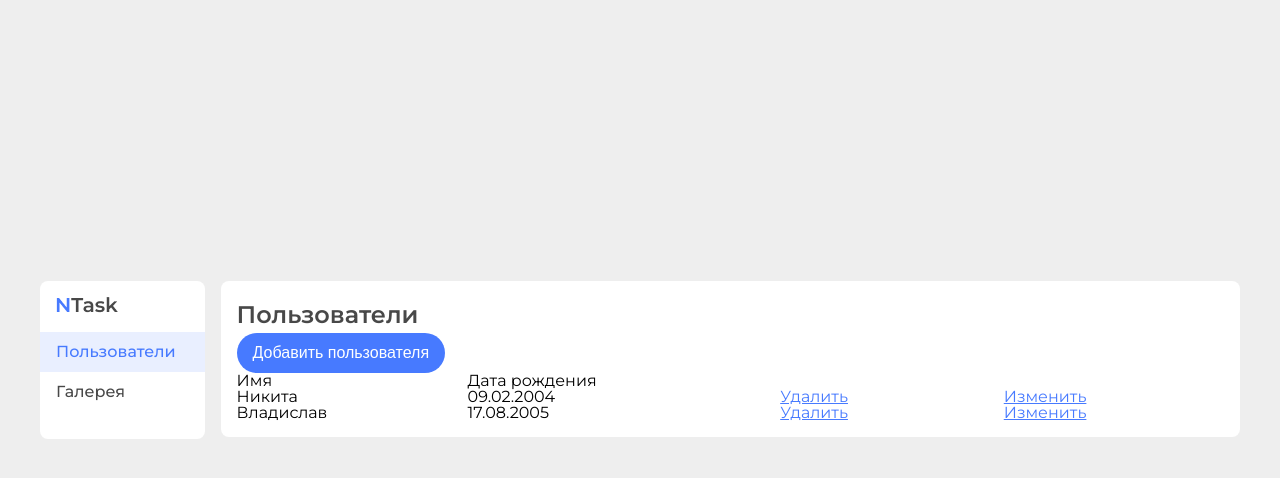
Repository: Grid-Master/NTask
Page: /gallery
These files come from the project's save history. The page is drawn as it stood at one moment and after the next save; the edit follows.
The browser window is 1280 px wide. The pictures show the whole page.
The project was rebuilt for these pictures with package versions that can differ from the ones it lists, and the page was loaded fresh each time. Also part of the build but not shown: src/components/gallery/gallery.sass, src/components/gallery/Gallery.tsx, src/components/updateUser/updateUser.sass, src/components/updateUser/UpdateUser.tsx.

Above is the page before, as saved 2023-06-09 21:10:08.

After the next save:
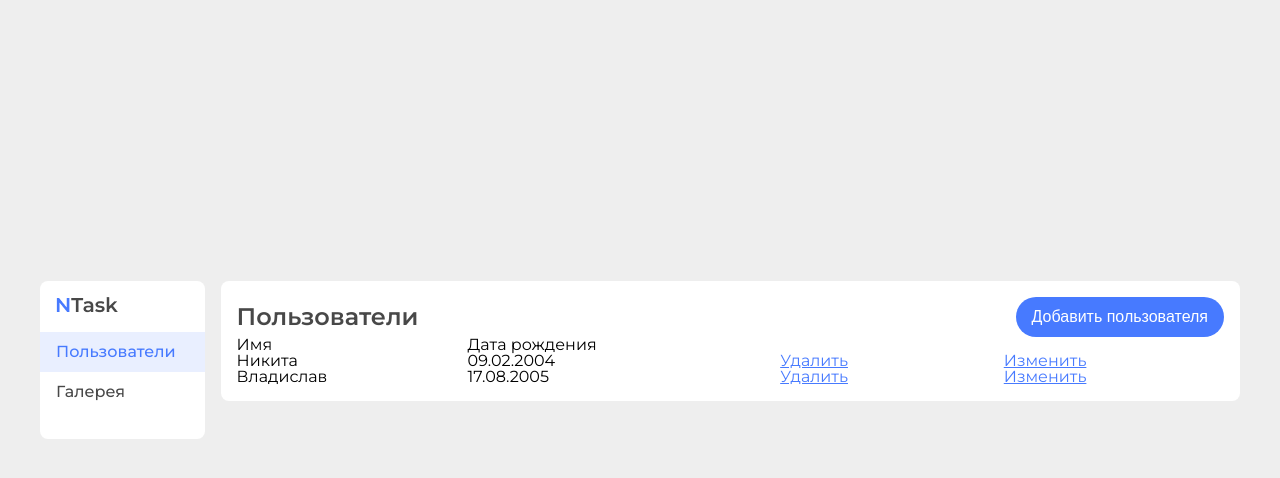
Saved 23 s later.
--- a/src/components/userList/userList.sass
+++ b/src/components/userList/userList.sass
@@ -3,7 +3,7 @@
     background: #FFFFFF
     border-radius: 8px
     padding: 16px
-    &____container
+    &__container
         display: flex
         align-items: center
         justify-content: space-between
